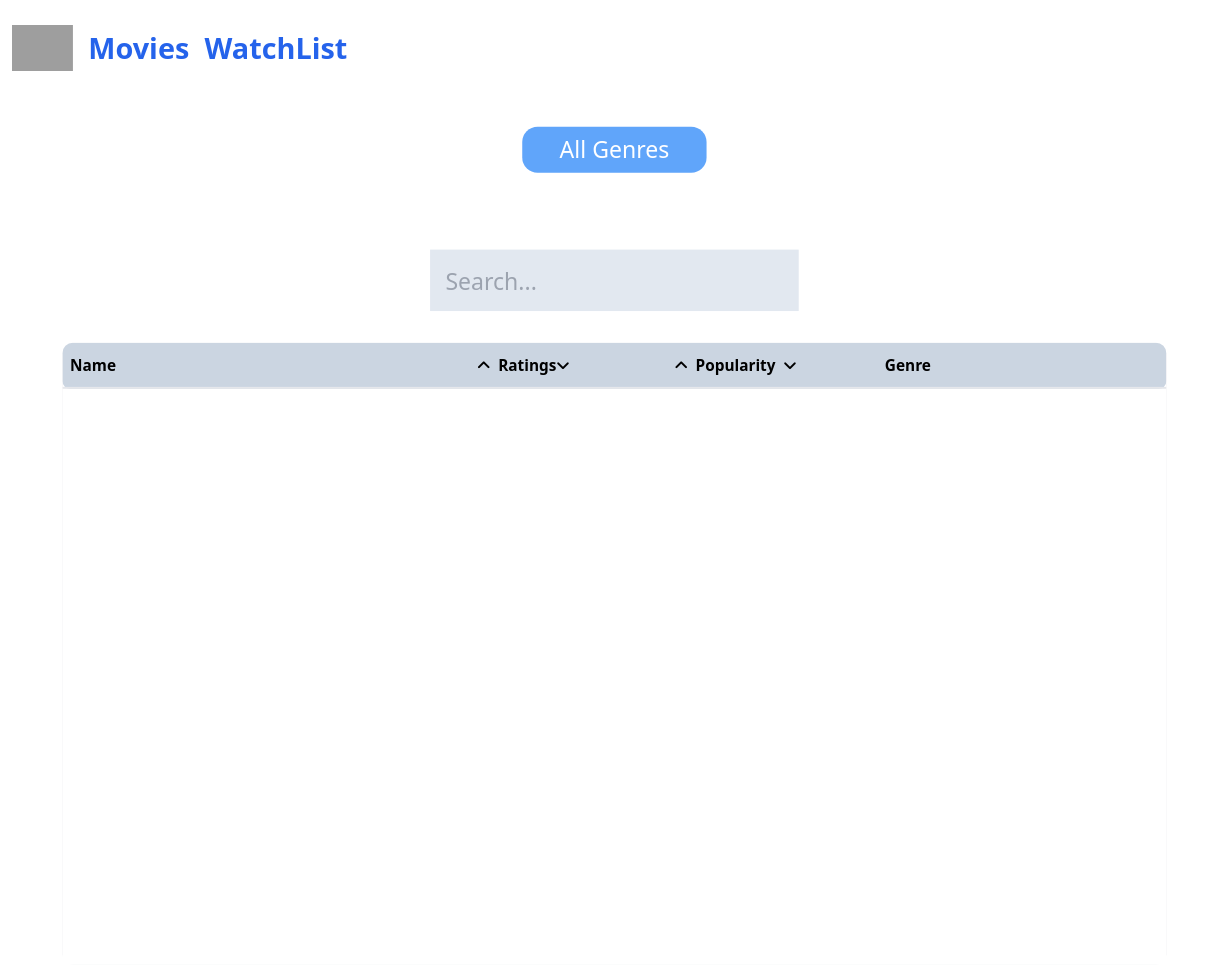
Repository: Aakash20bhatt/LearnReact
Page: /watchlist (app in moviesApp/)
The author's editor kept a copy of each file at every save. The page is drawn from the files as they stood at one save, then again after the next save.
The browser window is 1280 px wide. The pictures show the whole page, at 96% of full size.
Pictures or frames that could not be fetched are drawn as grey boxes. Some web libraries are served in a nearby version. The project was rebuilt for these pictures with package versions that can differ from the ones it lists, and the page was loaded fresh each time. Also part of the build but not shown: moviesApp/vite.config.js, moviesApp/src/App.css, moviesApp/src/Components/Banner.jsx, moviesApp/src/Components/MovieCard.jsx, moviesApp/src/Components/Pagination.jsx, moviesApp/src/redux/movieMiddleware.js, moviesApp/src/Components/Movies.jsx, moviesApp/src/Components/MovieDetails.jsx.

Above is the page before, as saved 2024-08-25 14:10:04.

After the next save:
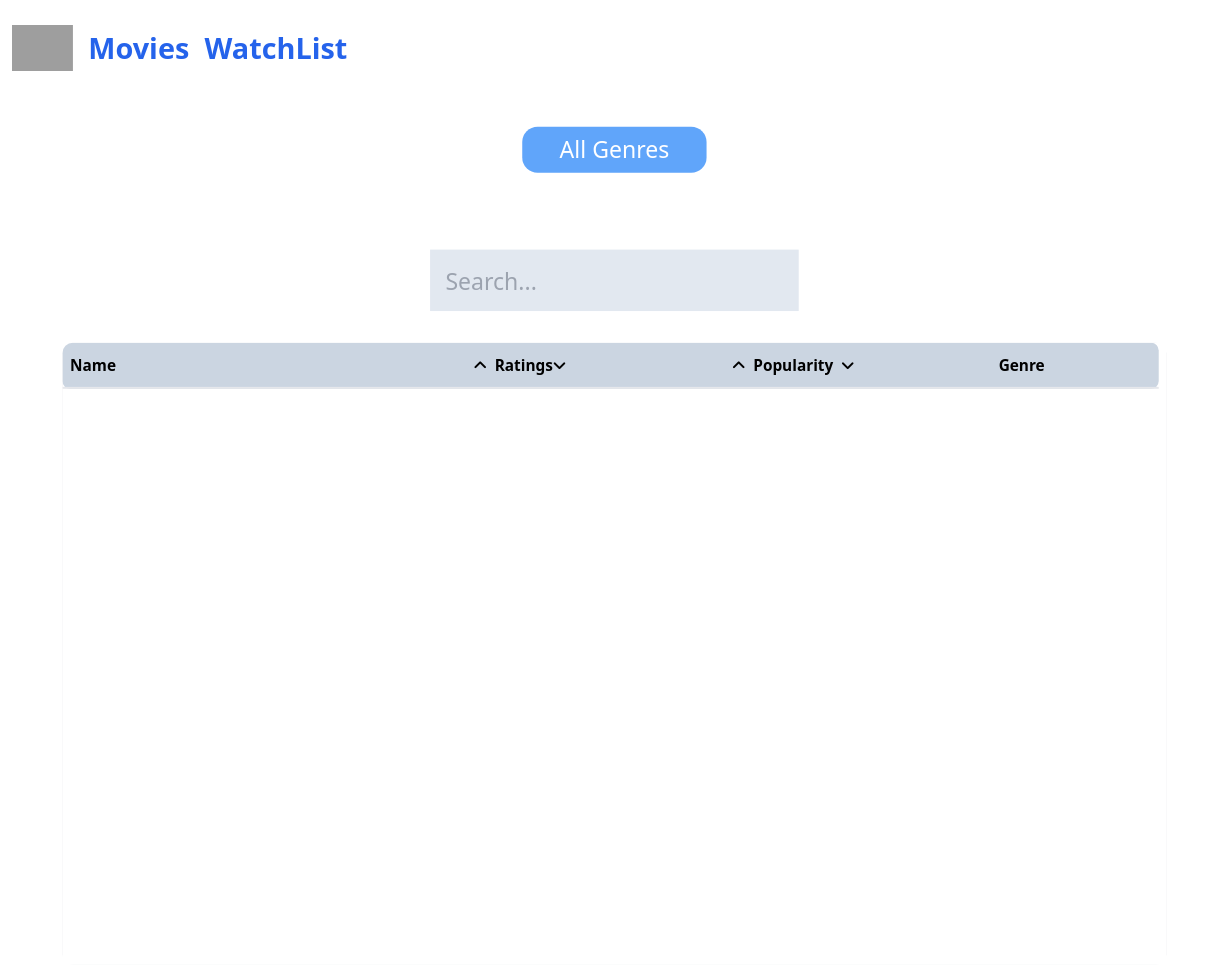
Saved 4 min 9 s later.
--- a/moviesApp/src/Components/Watchlist.jsx
+++ b/moviesApp/src/Components/Watchlist.jsx
@@ -96,9 +96,9 @@ export default function Watchlist() {
                 onChange={(e) => setSearchValue(e.target.value)}
             />
             <table className="rounded-xl border w-[90%] overflow-hidden">
-                <thead className="heading flex bg-slate-300 h-12 rounded-lg">
+                <thead className="heading flex bg-slate-300 h-12 rounded-lg mr-2">
                     <th className="heading-row flex items-center justify-between w-full border-b-2 text-left">
-                        <tr className="column w-2/5	 p-2">Name</tr>
+                        <tr className="column w-1/3	 p-2">Name</tr>
                         <tr className="column w-1/6 ">
                             <i onClick={() => sortAscending('vote_average')} className="cursor-pointer fa-solid fa-angle-up mr-2"></i>
                             Ratings
@@ -110,7 +110,7 @@ export default function Watchlist() {
                             <i onClick={() => sortDescending('popularity')} className="cursor-pointer fa-solid fa-angle-down ml-2"></i>
                         </tr>
                         <tr className="column w-1/6 text-center">Genre</tr>
-                        <tr className="column w-1/6"></tr>
+                        <tr className="column"></tr>
                     </th>
                 </thead>
                 <tbody className="tbody">
